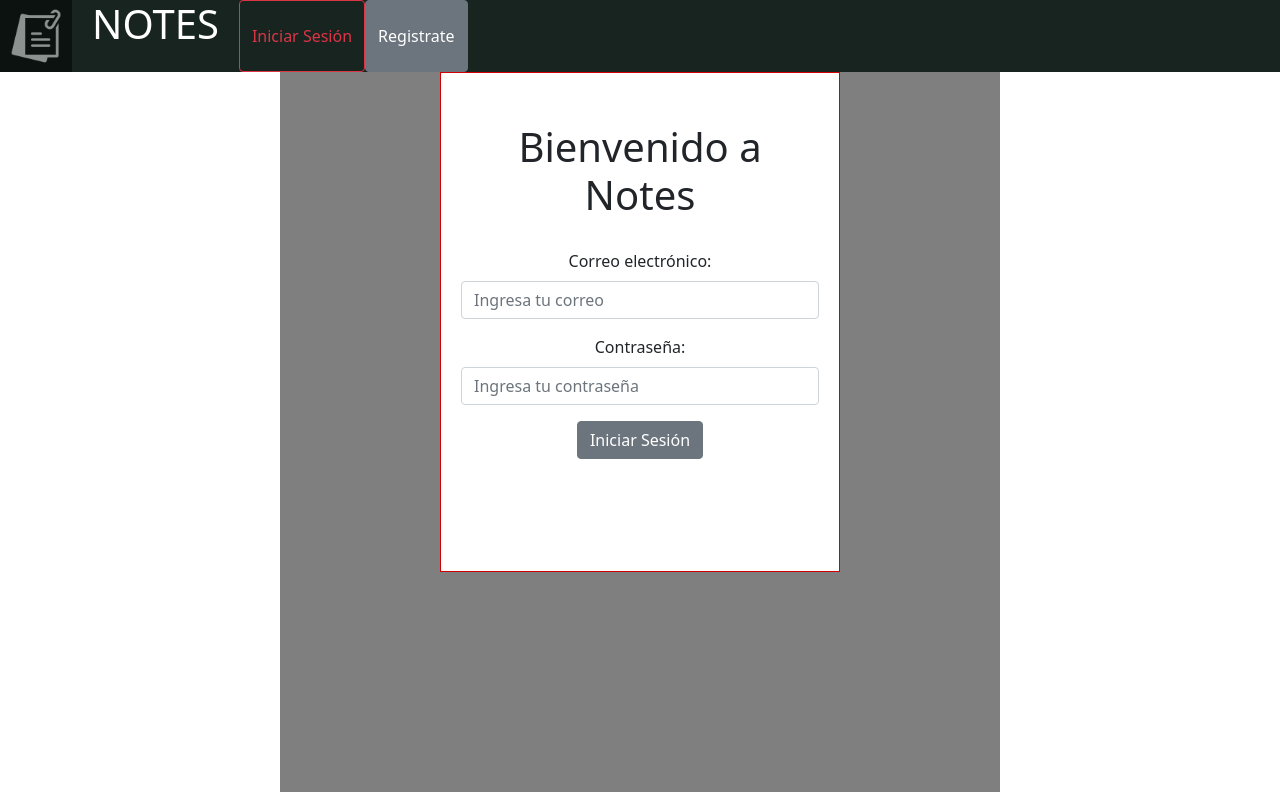
Repository: Daaira0811/TareaVue
Page: /
The author's editor kept a copy of each file at every save. The page is drawn from the files as they stood at one save, then again after the next save.
The browser window is 1280 px wide. The pictures show the whole page.
The project was rebuilt for these pictures with package versions that can differ from the ones it lists, and the page was loaded fresh each time. Also part of the build but not shown: vite.config.js.

Above is the page before, as saved 2022-06-19 22:59:26.

### src/main.js
import { createApp } from 'vue'
import { createPinia } from 'pinia'
import App from './App.vue'
import router from './router'
import BootstrapVue3 from 'bootstrap-vue-3'
import 'bootstrap/dist/css/bootstrap.css'
import 'bootstrap-vue-3/dist/bootstrap-vue-3.css'

const app = createApp(App)
app.use(BootstrapVue3)
app.use(createPinia())
app.use(router)

app.mount('#app')

### src/App.vue
<script setup>
import { RouterView } from 'vue-router'
</script>

<template>
  <RouterView/>
</template>

<style>

</style>

### src/views/HomeView.vue
<template>
  <main>
    <Navbar/>
   <div id="container-Modal">
    <div id="modal">
      <h1>Bienvenido a <br>
    Notes</h1>
      <v-card>
        <b-form @submit="onSubmit">
        <b-form-group
        label="Correo electrónico:"
        label-for="input1"
        >
        <b-form-input
        id="input1"
        type="email"
        placeholder="Ingresa tu correo">
        </b-form-input>
        </b-form-group>
        <b-form-group
        label="Contraseña:"
        label-for="input2"
        >
        <b-form-input
        id="input2"
        type="password"
        placeholder="Ingresa tu contraseña">
        </b-form-input>
        </b-form-group>
        <b-button>
          Iniciar Sesión
        </b-button>

        </b-form>
      </v-card>
    </div>
   </div>
  </main>
</template>
<script>

import Navbar from '../components/Navbar.vue'

export default{
  name:'Home',
components: {
  Navbar
},

}
</script>
<style>
main{
  display: flex;
  flex-wrap: wrap;
  flex-direction: column;
  justify-content: center;
  align-items: center;
  text-align: center;
}

h1{
 margin-top:30px;
 margin-bottom: 50px;
}
#container-Modal{
  display:flex;
  justify-content: center;
  align-items: center;
  z-index: 9998;
  top: 0;
  left: 0;
  width: 100vh;
  height: 100vh;
  background-color: rgba(0, 0, 0, .5);
  display: table;
  transition: opacity .3s ease
}
#modal{
  background-color: white;
  border:thin solid hsl(359, 100%, 41%);
  padding: 20px;
  display: inline-block;
  width:400px;
  height: 500px;
  text-align: center;

}
#modal>h1{
  margin:30px;
}

b-form-group > label{
text-align: left;
}

</style>

### src/components/Navbar.vue
<template>
<div id="cuerpoNav">
    <img src="../assets/image2.png"  alt="image2.png" >
    <h1>NOTES</h1>

    <b-button variant="outline-danger">
        Iniciar Sesión
    </b-button>
    <b-button>
        Registrate
    </b-button>
</div>
</template>
<script>


</script>

<style>
#cuerpoNav{
    display:flex;
    width:100%;
    height:10vh;
    background-color: #172420;
    color: white;
}

img {
    max-width: auto;
    height: 100%;
}
h1{
    margin:20px;
}

</style>

Loaded but not shown: index.html (common file); src/router/index.js (common file)

After the next save:
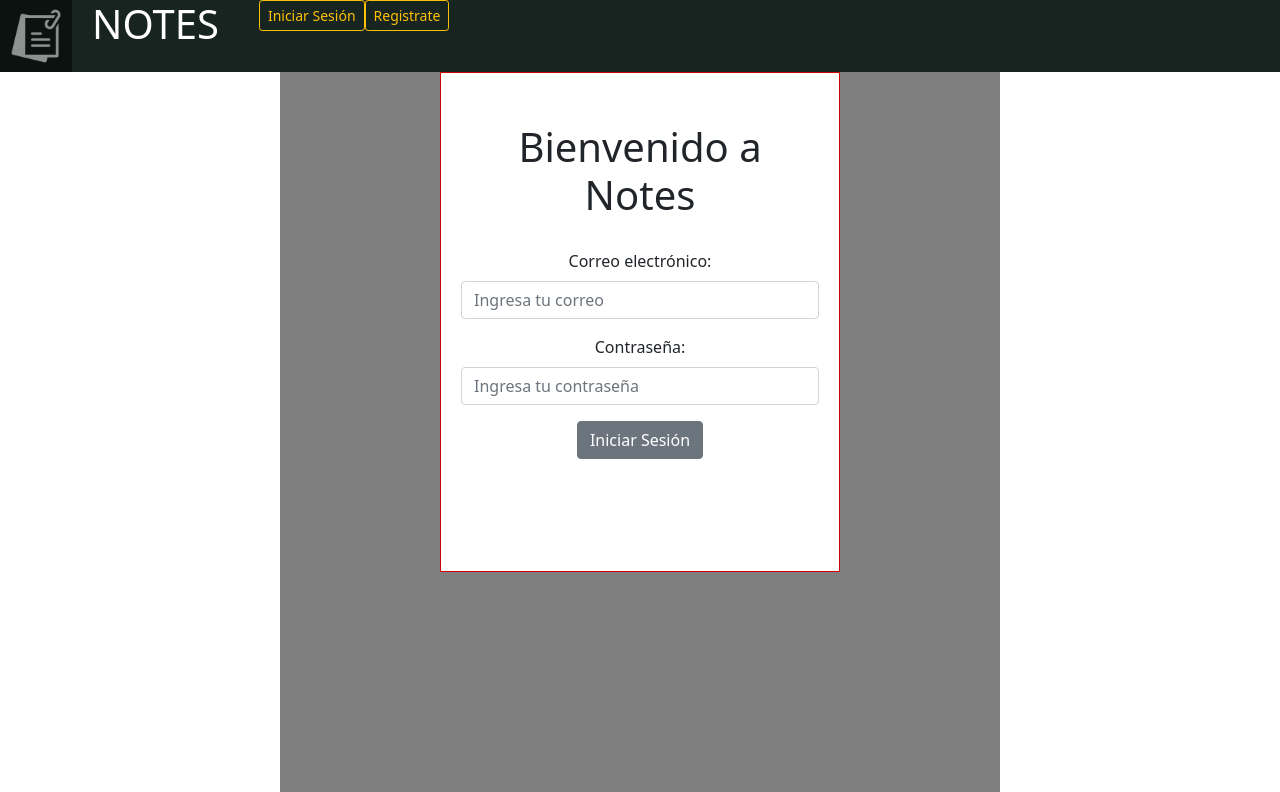
Saved 108 s later.
--- a/src/components/Navbar.vue
+++ b/src/components/Navbar.vue
@@ -2,13 +2,15 @@
 <div id="cuerpoNav">
     <img src="../assets/image2.png"  alt="image2.png" >
     <h1>NOTES</h1>
-
-    <b-button variant="outline-danger">
+    <div id="botones">
+<b-button variant="outline-warning" size="sm">
         Iniciar Sesión
     </b-button>
-    <b-button>
+    <b-button variant="outline-warning" size="sm">
         Registrate
     </b-button>
+    </div>
+
 </div>
 </template>
 <script>
@@ -19,6 +21,7 @@
 <style>
 #cuerpoNav{
     display:flex;
+    flex-direction: row;
     width:100%;
     height:10vh;
     background-color: #172420;
@@ -32,5 +35,9 @@ img {
 h1{
     margin:20px;
 }
-
+#botones{
+    width: auto;
+    margin-left: 20px;
+    height: fit-content;
+}
 </style>
